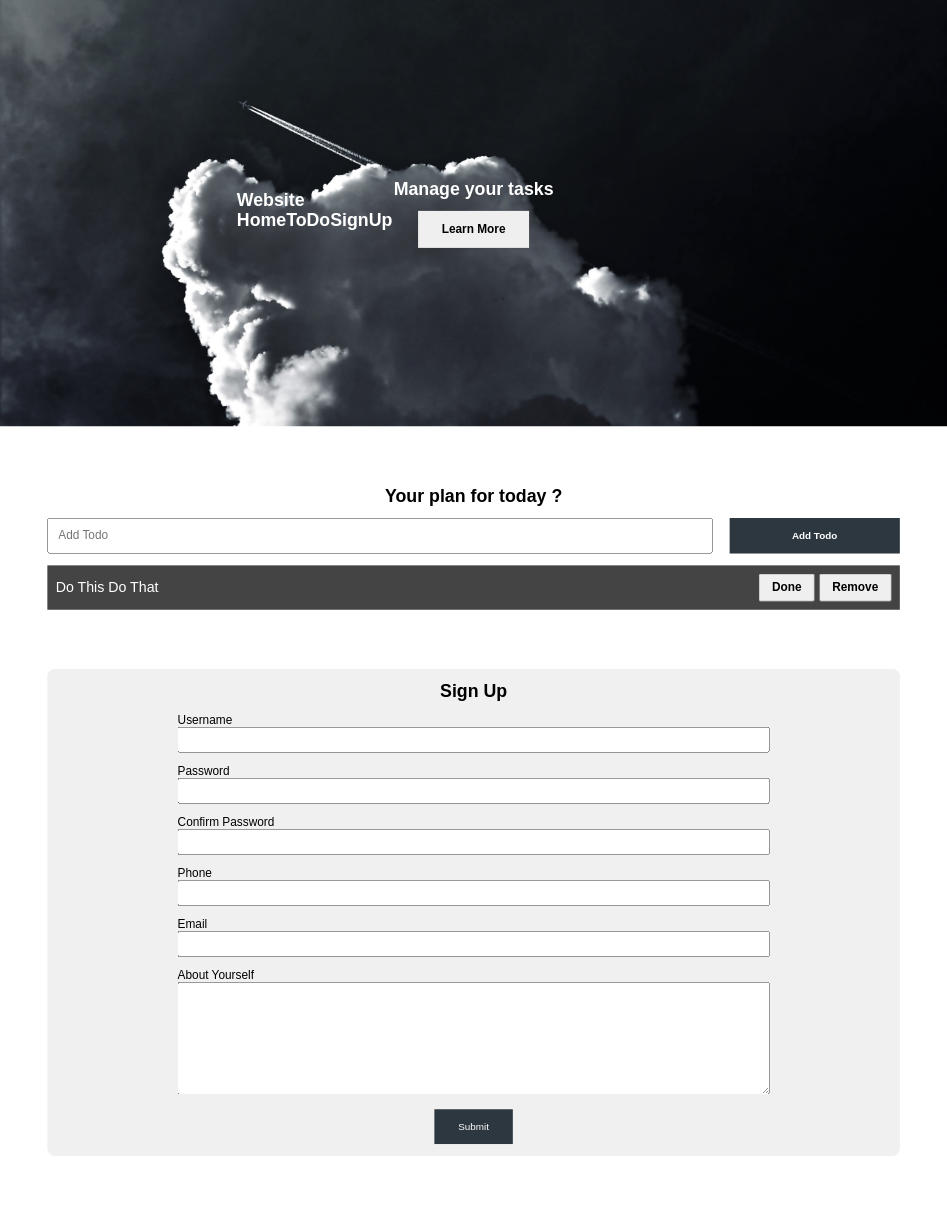
Repository: codewithfaizan/JavaScriptSelf
Page: 27.08.2022/index.html
These files come from the project's save history. The page is drawn as it stood at one moment and after the next save; the edit follows.
The browser window is 1280 px wide. The pictures show the whole page, at 74% of full size.

Above is the page before, as saved 2022-08-27 17:09:14.

After the next save:
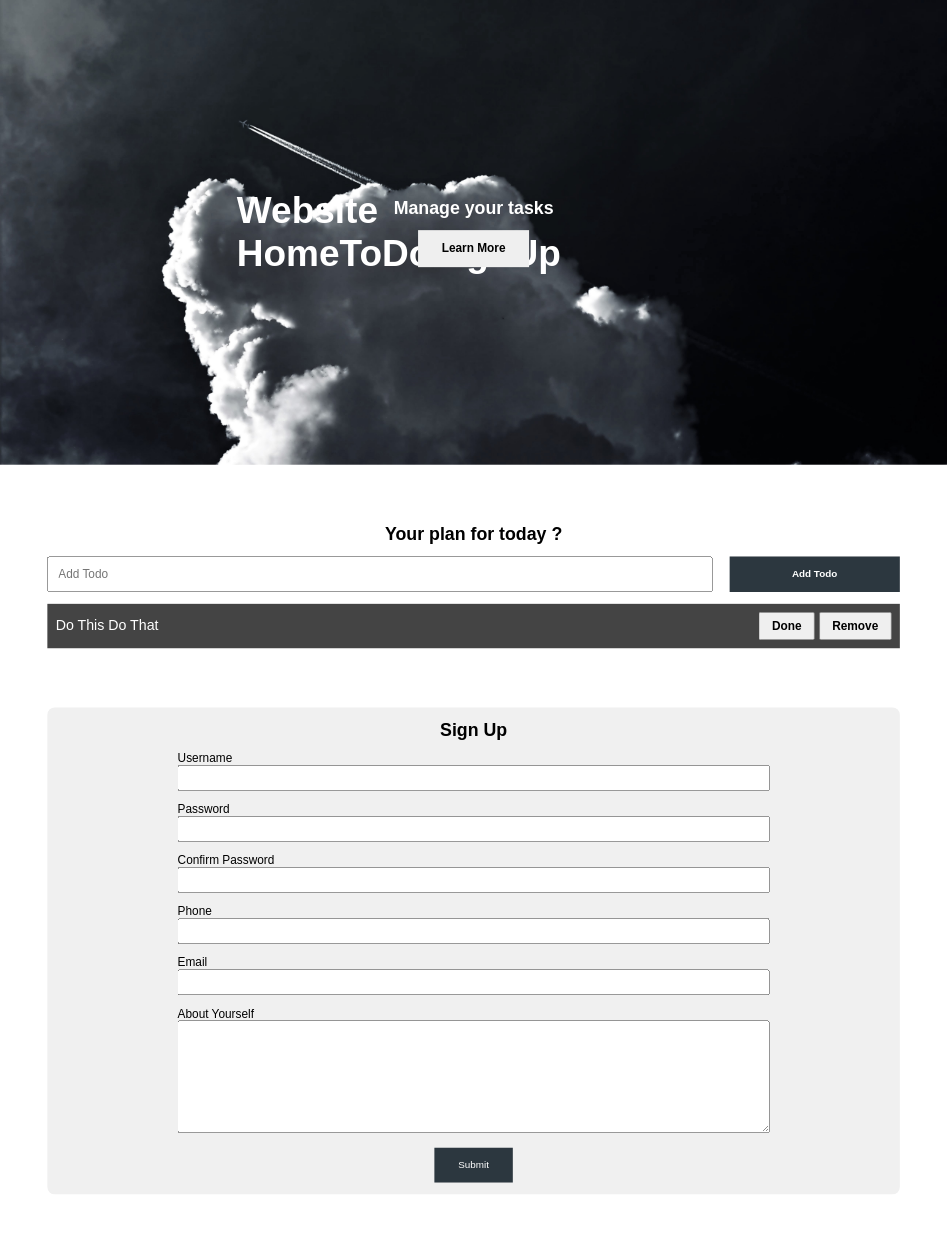
Saved 5 s later.
--- a/27.08.2022/style.css
+++ b/27.08.2022/style.css
@@ -42,7 +42,7 @@ a{
     grid-row: auto;
   }
 
-  .logog{
+  .logo{
     font-size: 50px;
   }
 
